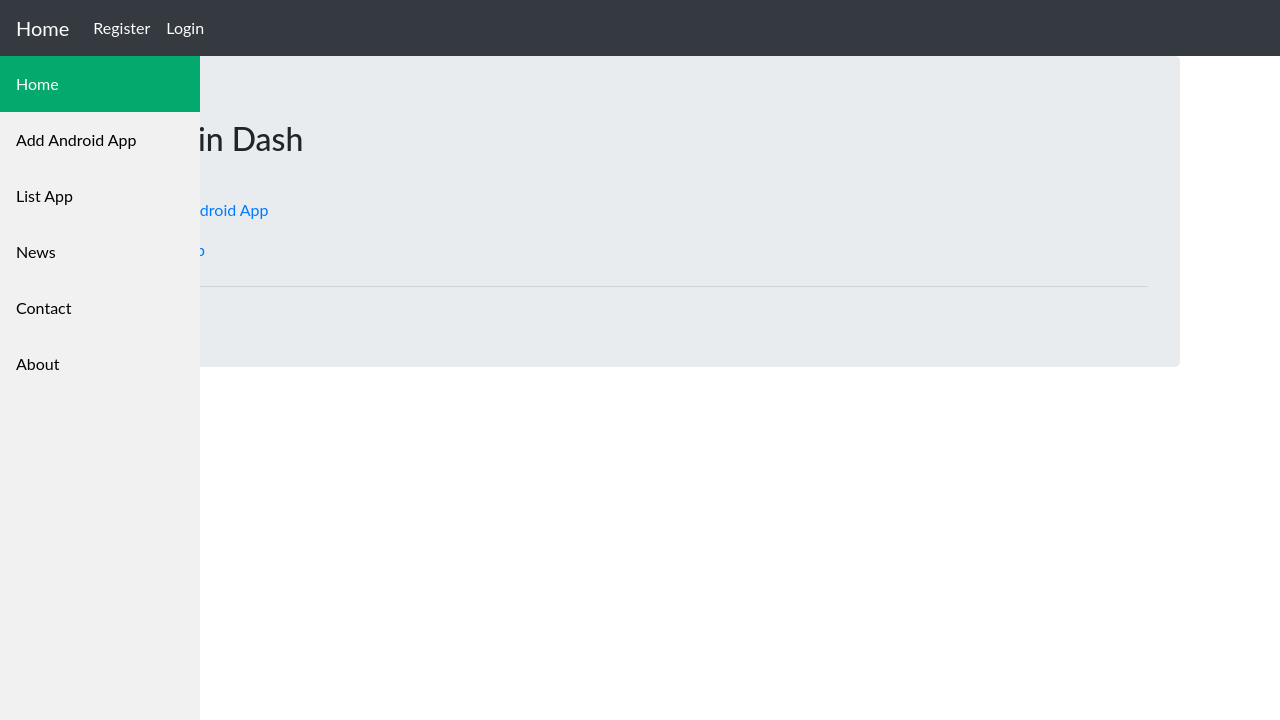
Repository: prabhat8701/nextgrowth_lab_task-main
Page: http://localhost/adminDash/
The author's editor kept a copy of each file at every save. The page is drawn from the files as they stood at one save, then again after the next save.
The browser window is 1280 px wide. The pictures show the whole page.
The page is served by the project's application, run on Django 4.2 (manage.py). Other server files are loaded and not shown.

Above is the page before, as saved 2023-07-31 18:27:59.

### nextgrowAi/SET_2/next_project/templates/gradesApp/adminDash.html
{% extends 'gradesApp/base1.html' %}
{% block body_block %}

<div class="container">
    <div class="jumbotron">
        <h2>Admin Dash</h2>
        <li class="nav-item active">
            <a class="nav-link" href="{% url 'add_android_app' %}">Add Android App</a>
            <a class="nav-link" href="{% url 'app_list' %}">List App</a>
        </li>
        <hr>
    </div>
</div>


{% endblock %}

### nextgrowAi/SET_2/next_project/templates/gradesApp/base1.html
<!DOCTYPE html>
<html lang="en">
<head>
    <meta charset="UTF-8">
    <meta name="viewport" content="width=device-width, initial-scale=1.0">
    <meta http-equiv="X-UA-Compatible" content="ie=edge">
    <title>myGrades</title>
    <link rel="stylesheet" href="https://stackpath.bootstrapcdn.com/bootstrap/4.3.1/css/bootstrap.min.css" integrity="sha384-ggOyR0iXCbMQv3Xipma34MD+dH/1fQ784/j6cY/iJTQUOhcWr7x9JvoRxT2MZw1T" crossorigin="anonymous">
</head>
<body>
    <nav class="navbar navbar-expand-sm navbar-dark bg-dark">
        <a class="navbar-brand" href="{% url 'index' %}">Home</a>
        <button class="navbar-toggler d-lg-none" type="button" data-toggle="collapse" data-target="#collapsibleNavId" aria-controls="collapsibleNavId"
            aria-expanded="false" aria-label="Toggle navigation"></button>
        <div class="collapse navbar-collapse" id="collapsibleNavId">
            <ul class="navbar-nav mr-auto mt-2 mt-lg-0">
                <li class="nav-item active">
                    <!-- <a class="nav-link" href="{% url "admin:index" %}">Admin</a> -->
                </li>
                <li class="nav-item active">
                    <a class="nav-link" href="{% url 'register' %}" role="button">Register</a>

                </li>
                {% if user.is_authenticated %}
                    <!-- <li class="nav-item active">
                        <a class="nav-link" href="{% url 'dashboard' %}">Dashboard</a>

                    </li> -->
                    <li class="nav-item active">
                        <a class="nav-link" href="{% url 'logout' %}">Logout</a>
                    </li>
                {% else %}
                    <li class="nav-item active">

                        <a class="nav-link" href="{% url 'userLogin' %}">Login</a>

                    </li>
                {% endif %}

            </ul>

        </div>
    </nav>


<style>
body {
  margin: 0;
  font-family: "Lato", sans-serif;
}

.sidebar {
  margin: 0;
  padding: 0;
  width: 200px;
  background-color: #f1f1f1;
  position: fixed;
  height: 100%;
  overflow: auto;
}

.sidebar a {
  display: block;
  color: black;
  padding: 16px;
  text-decoration: none;
}

.sidebar a.active {
  background-color: #04AA6D;
  color: white;
}

.sidebar a:hover:not(.active) {
  background-color: #555;
  color: white;
}

div.content {
  margin-left: 200px;
  padding: 1px 16px;
  height: 1000px;
}

@media screen and (max-width: 700px) {
  .sidebar {
    width: 100%;
    height: auto;
    position: relative;
  }
  .sidebar a {float: left;}
  div.content {margin-left: 0;}
}

@media screen and (max-width: 400px) {
  .sidebar a {
    text-align: center;
    float: none;
  }
}
</style>
</head>
<body>

<div class="sidebar">
  <a class="active" href="#home">Home</a>
  <a class="nav-link" href="{% url 'add_android_app' %}">Add Android App</a>
  <a class="nav-link" href="{% url 'app_list' %}">List App</a>
  <a href="#news">News</a>
  <a href="#contact">Contact</a>
  <a href="#about">About</a>
</div>

<div class="container">
    {% block body_block %}
    {% endblock %}
</div>

</body>
</html>

### nextgrowAi/SET_2/next_project/next_app/views.py
from django.shortcuts import render

# Create your views here.
from django.shortcuts import render

# Create your views here.
from django.shortcuts import render,redirect
from next_app.forms import Admin_User_Form,Common_User_Form,Admin_User_AddForm,Common_User_AddForm,AndroidAppForm
from django.http import HttpResponse,HttpResponseRedirect
from django.contrib.auth.decorators import login_required
from django.urls import reverse
from django.contrib.auth import authenticate,login,logout
from next_app.models import Admin_User,Common_User,AndroidApp
from django.contrib.auth.models import User

# Create your views here.

def index(request):
    return render(request,'gradesApp/index.html')


@login_required
def userLogout(request):
    logout(request)
    return HttpResponseRedirect(reverse('index'))


def register(request):
    return render(request,'gradesApp/register.html')

def registeradmin(request):
    registered=False
    if request.method=='POST':
        var_adminForm=Admin_User_Form(request.POST)
        var_adminAddForm=Admin_User_AddForm(request.POST)
        if var_adminForm.is_valid()and var_adminAddForm.is_valid():
            adminprimary=var_adminForm.save()
            adminprimary.set_password(adminprimary.password)
            adminprimary.save()
            adminAdd=var_adminAddForm.save(commit=False)
            adminAdd.admin_user=adminprimary
            adminAdd.save()
            registered=True
    else:
        var_adminForm=Admin_User_Form()
        var_adminAddForm=Admin_User_AddForm()
    data={
        'var_adminForm':var_adminForm,
        'var_adminAddForm':var_adminAddForm,
        'registered':registered
        }
    return render(request,'gradesApp/registeradmin.html',data)


def registeruser(request):
    registered=False
    if request.method=='POST':
        var_userForm=Common_User_Form(request.POST)
        var_userAddForm=Common_User_AddForm(request.POST)
        if var_userForm.is_valid()and var_userAddForm.is_valid():
            userprimary=var_userForm.save()
            userprimary.set_password(userprimary.password)
            userprimary.save()
            userAdd=var_userAddForm.save(commit=False)
            userAdd.common_user=userprimary
            userAdd.save()
            registered=True
    else:
        var_userForm=Common_User_Form()
        var_userAddForm=Common_User_AddForm()
    data={
        'var_userForm':var_userForm,
        'var_userAddForm':var_userAddForm,
        'registered':registered}
    return render(request,'gradesApp/registeruser.html',data)

def userLogin(request):
    invalidlogin=False
    if request.method=='POST':
        username=request.POST.get('username')
        password=request.POST.get('password')
        user=authenticate(username=username,password=password)
        if user:
            if user.is_active:
                login(request,user)
                return HttpResponseRedirect(reverse('index'))
            else:
                return HttpResponse('Account not active')
        else:
            invalidlogin=True
            return redirect('/gradesApp/login/')
    else:
        return render(request,'gradesApp/login.html',{'invalidlogin':invalidlogin})


# from django.shortcuts import render, redirect
# from .models import Admin_User, Common_User
# from django.contrib.auth.decorators import login_required

@login_required
def dashboard(request):
    print("request",request.user)
    try:
        current=Admin_User.objects.get(admin_user=request.user)
        print("current",current)
        is_admin_user = True
    except Admin_User.DoesNotExist:
        current=Common_User.objects.get(common_user=request.user)
        print("current",current)
        is_admin_user = False

    if is_admin_user:
        return redirect('/adminDash/')
    else:
        return redirect('/userDash/')
    return render(request,'gradesApp/dashboard.html')




from django.shortcuts import render, redirect
from .models import Admin_User, Common_User
from django.contrib.auth.decorators import login_required


# @login_required
# def dashboard(request):
#     print("request", request.user)
#     try:
#         # Try to fetch the Admin_User object for the current user
#         current = Admin_User.objects.get(admin_user=request.user)
#         is_admin_user = True
#     except Admin_User.DoesNotExist:
#         # If Admin_User object is not found, try fetching Common_User object
#         try:
#             current = Common_User.objects.get(common_user=request.user)
#             is_admin_user = False
#         except Common_User.DoesNotExist:
#             # If neither Admin_User nor Common_User object is found, handle the situation here
#             # For example, you might want to redirect to a page showing an error message
#             return render(request, 'gradesApp/error.html')

    # if is_admin_user:
    #     return redirect('/studentDash/')
    # else:
    #     return redirect('/teacherDash/')




def adminDash(request):
    return render(request,'gradesApp/adminDash.html')

def userDash(request):
    return render(request,'gradesApp/userDash.html')

def add_android_app(request):
    if request.method == 'POST':
        print("f1")

        # form = AndroidAppForm(request.POST)
        form = AndroidAppForm(request.POST, request.FILES)
        print("f12")
        if form.is_valid():
            print("f3")
            form.save()
            return redirect('app_list')
    else:
        print("f")
        form = AndroidAppForm()
    return render(request, 'gradesApp/add_android_app.html', {'form': form})

from django.contrib.auth.decorators import login_required

# @login_required
def app_list(request):
    apps = AndroidApp.objects.all()
    return render(request, 'gradesApp/app_list.html', {'apps': apps})

from django.shortcuts import render, get_object_or_404
def app_detail(request, app_id):
    app = get_object_or_404(AndroidApp, id=app_id)
    return render(request, 'gradesApp/app_detail.html', {'app': app})



# views.py

# from django.shortcuts import render, redirect
from .forms import TaskScreenshotForm

def add_task_screenshot(request):
    if request.method == 'POST':
        form = TaskScreenshotForm(request.POST, request.FILES)
        if form.is_valid():
            form.instance.user = request.user  # Assign the current user to the 'user' field
            form.save()
            return redirect('app_list')  # Replace 'app_list' with the URL name of your app list page
    else:
        form = TaskScreenshotForm()
    return render(request, 'gradesApp/add_task.html', {'form': form})  # Replace 'your_template.html' with your desired template name

### nextgrowAi/SET_2/next_project/next_project/urls.py
"""next_project URL Configuration

The `urlpatterns` list routes URLs to views. For more information please see:
    https://docs.djangoproject.com/en/4.1/topics/http/urls/
Examples:
Function views
    1. Add an import:  from my_app import views
    2. Add a URL to urlpatterns:  path('', views.home, name='home')
Class-based views
    1. Add an import:  from other_app.views import Home
    2. Add a URL to urlpatterns:  path('', Home.as_view(), name='home')
Including another URLconf
    1. Import the include() function: from django.urls import include, path
    2. Add a URL to urlpatterns:  path('blog/', include('blog.urls'))
"""
from django.contrib import admin
from django.urls import path,include
from next_app import views
from django.conf import settings
from django.conf.urls.static import static

urlpatterns = [
    path('next_app/',include('next_app.urls')),
    path('',views.index,name='index'),
    path('admin/', admin.site.urls),
    path('logout/',views.userLogout,name='logout'),
    path('adminDash/',views.adminDash,name='adminDash'),
    path('userDash/',views.userDash,name='userDash'),
]
if settings.DEBUG:
    urlpatterns += static(settings.MEDIA_URL, document_root=settings.MEDIA_ROOT)

### nextgrowAi/SET_2/next_project/next_app/urls.py
from django.urls import path
from next_app import views

# app_name='gradesApp'

urlpatterns = [
    path('',views.index,name='index'),
    path('register/',views.register,name='register'),

    path('registeradmin/',views.registeradmin,name='registeradmin'),
    path('registeruser/',views.registeruser,name='registeruser'),

    path('login/',views.userLogin,name='userLogin'),
    path('dashboard',views.dashboard,name='dashboard'),

    path('add_android_app/', views.add_android_app, name='add_android_app'),
    path('app_list/', views.app_list, name='app_list'),
    path('app_detail/<int:app_id>/', views.app_detail, name='app_detail'),
    path('add_task_screenshot/', views.add_task_screenshot, name='add_task_screenshot'),
]

After the next save:
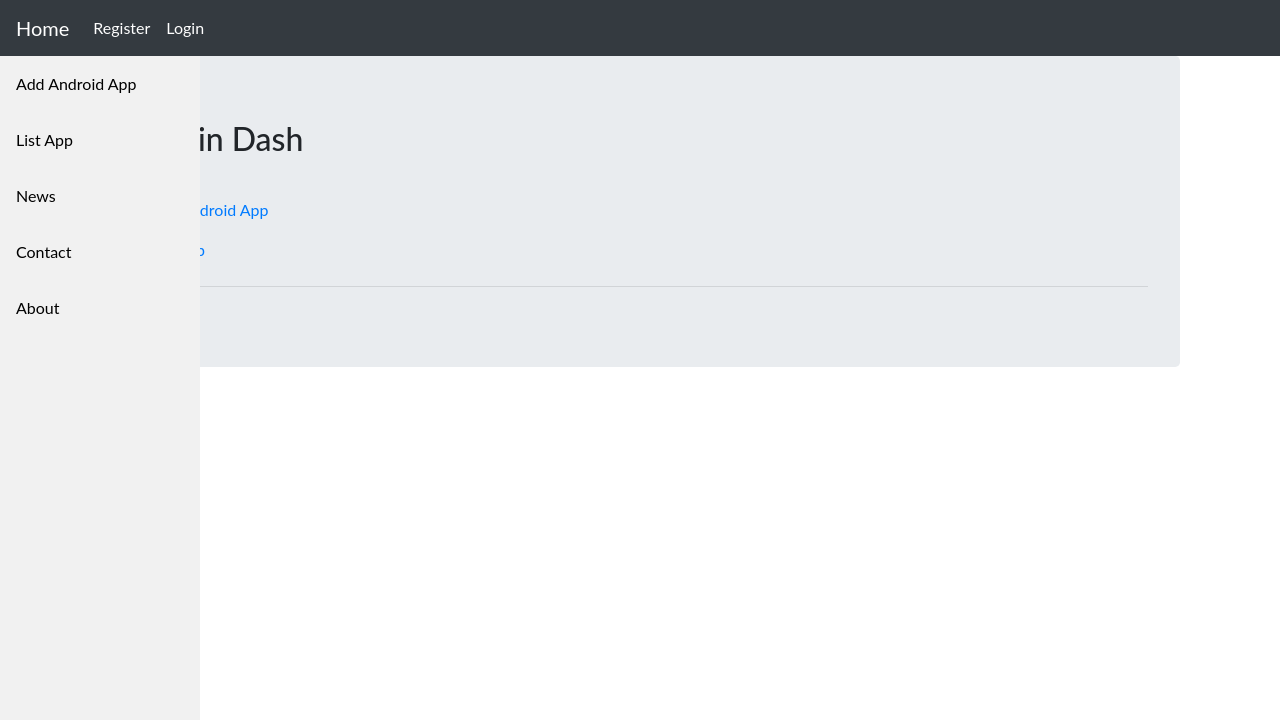
Saved 19 s later.
--- a/nextgrowAi/SET_2/next_project/templates/gradesApp/base1.html
+++ b/nextgrowAi/SET_2/next_project/templates/gradesApp/base1.html
@@ -103,7 +103,7 @@ div.content {
 <body>
 
 <div class="sidebar">
-  <a class="active" href="#home">Home</a>
+  <!-- <a class="active" href="#home">Home</a> -->
   <a class="nav-link" href="{% url 'add_android_app' %}">Add Android App</a>
   <a class="nav-link" href="{% url 'app_list' %}">List App</a>
   <a href="#news">News</a>
